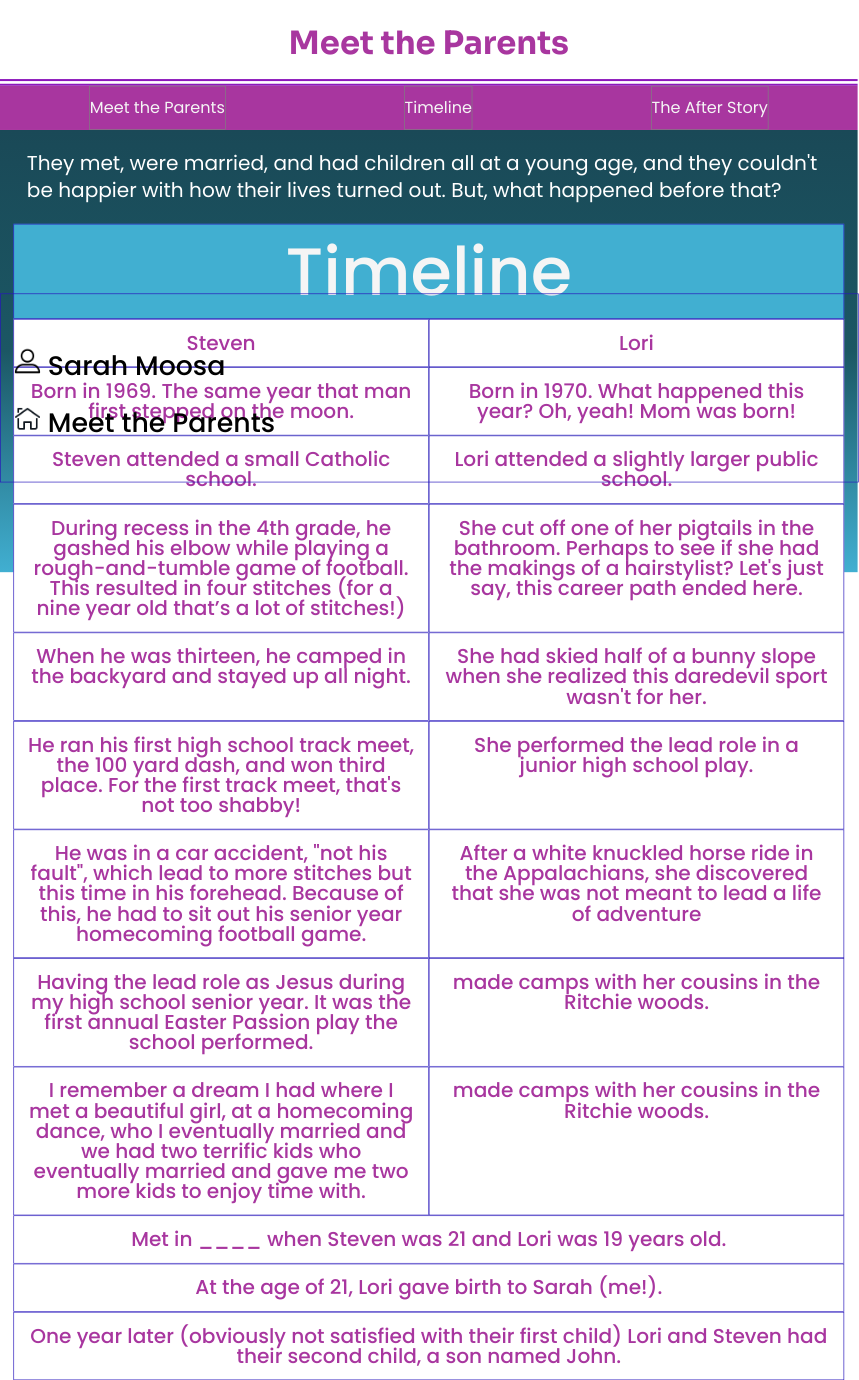
Repository: Sbethm/parents-tribute
Page: timeline.html
These files come from the project's save history. The page is drawn as it stood at one moment and after the next save; the edit follows.
The browser window is 1280 px wide. The page is 1282 px wide, so the pictures cover 1282 px, including what lies to the right of the window. The pictures show the whole page, at 67% of full size.

Above is the page before, as saved 2021-02-11 17:19:53.

After the next save:
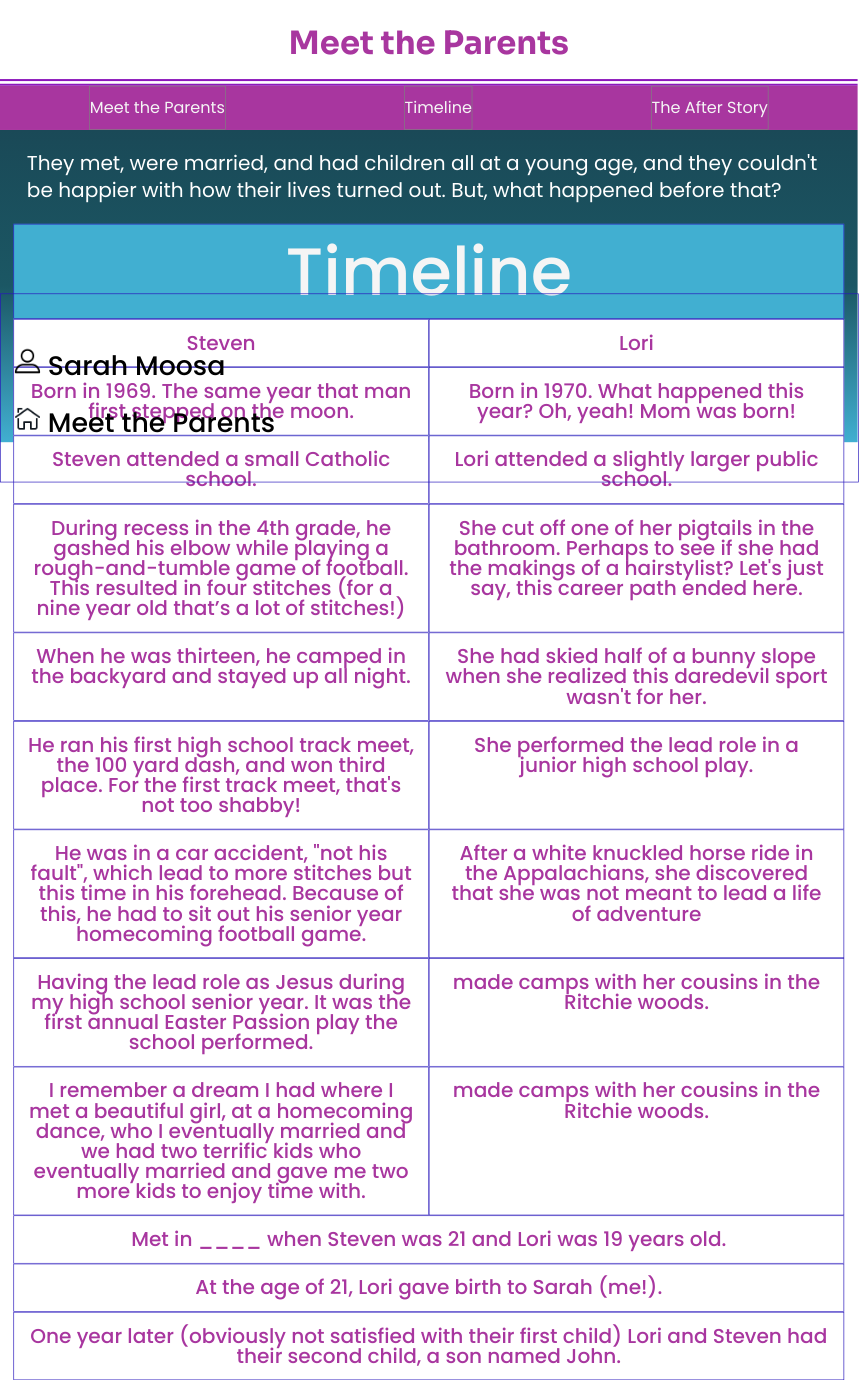
Saved 29 s later.
--- a/style.css
+++ b/style.css
@@ -109,7 +109,7 @@ body {
 
 main {
     width: calc(100vw - 40px);
-    height: calc(100vh - 100px);
+    height: calc(100vh - 294px);
     padding: 20px 20px;
     background-color: rgb(255, 255, 255);
 }
